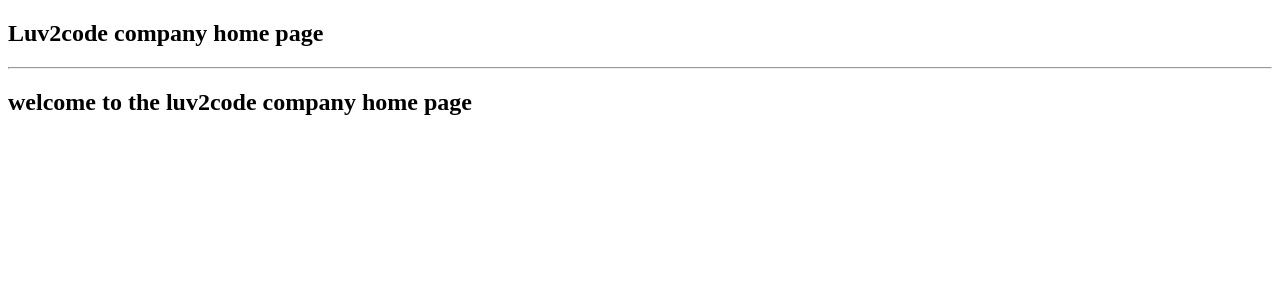
Repository: lalitkoli11121998/SpringProject
Page: http://localhost/spring-security-demo03-custom-login-form/
An editor plug-in stored every save of this project. The page is shown before and after the next save, followed by the edit.
The browser window is 1280 px wide. The pictures show the whole page.
The page is served by Tomcat 9.

Above is the page before, as saved 2021-05-20 17:56:58.

After the next save:
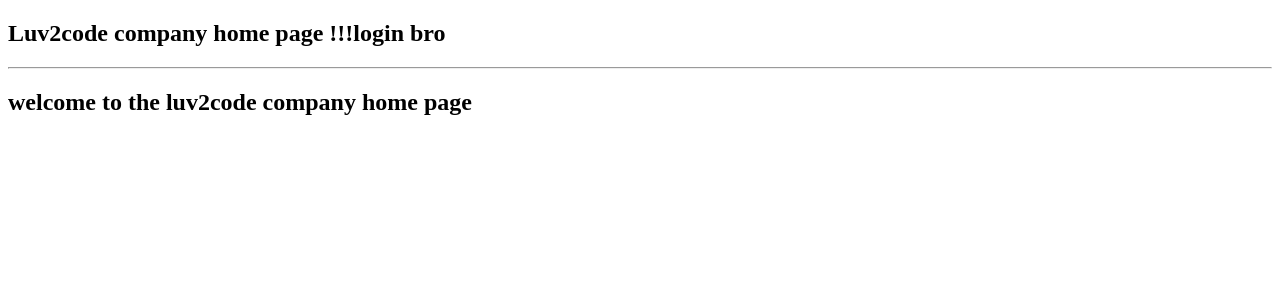
Saved 12 min 58 s later.
--- a/spring-security-demo03-custom-login-form/src/main/webapp/WEB-INF/view/home.jsp
+++ b/spring-security-demo03-custom-login-form/src/main/webapp/WEB-INF/view/home.jsp
@@ -4,7 +4,7 @@
       <title>Luv2code company home page</title>
 </head>
 <body>
-    <h2>Luv2code company home page</h2>
+    <h2>Luv2code company home page !!!login bro</h2>
     <hr>
     <h2>welcome to the luv2code company home page</h2>
 </body>
